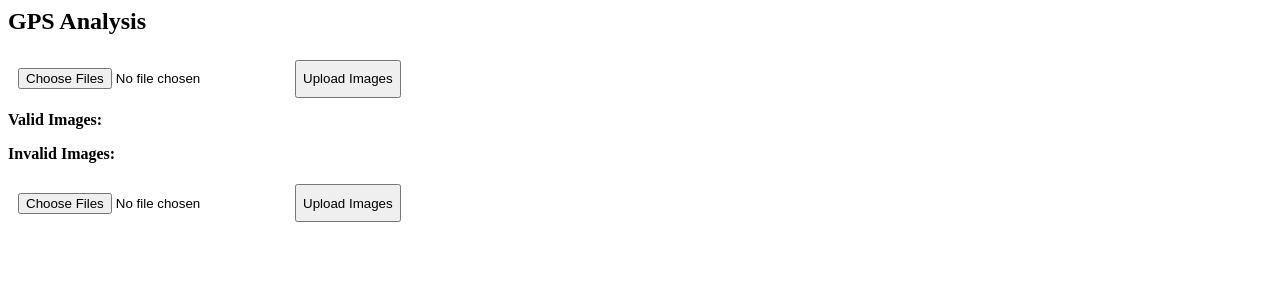
Repository: hanjangchen/Raspberry
Page: prjGAEGPSAnalysis/prjGPSAnalysis/src/static/my_ng_templates/desktop/index_data_analysis.html
The author's editor kept a copy of each file at every save. The page is drawn from the files as they stood at one save, then again after the next save.
The browser window is 1280 px wide. The pictures show the whole page.

Above is the page before, as saved 2014-11-03 04:47:01.
Console error: ReferenceError: $ is not defined

### prjGAEGPSAnalysis/prjGPSAnalysis/src/static/my_ng_templates/desktop/index_data_analysis.html
<!-- sub-template for index page -->
<div>
	<h2>GPS Analysis</h2>
</div>

<!-- content block -->
<style>
<!--
.btn-default{
	height: 38px !important;
	margin: 5px 10px;
}
-->
</style>
<div class="container-fluid" ng-controller="myIndexTwoCtrl as ctrl">
	<div class="row">
		<!-- left buffer -->
		<div class="col-xs-1 col-sm-1 col-md-1 col-lg-1 "></div>
		<div class="col-xs-10 col-sm-10 col-md-10 col-lg-10 text-center">
			<!-- upload images -->
			<div
				class="col-xs-12 col-sm-12 col-md-12 col-lg-12 text-center">
				<div class="btn-group">
					<input type="file" id="images_for_upload" multiple="true"
						accept="image/*" required="required" class=" btn btn-default ">
					<input type="button" value="Upload Images" id="btn_upload"
						ng-click="ctrl.upload_img_to_blobstore()"
						class=" btn btn-default ">
				</div>
			</div>

			<!-- uploading files list -->
			<div class="col-xs-12 col-sm-12 col-md-12 col-lg-12">
				<div
					class="list-control col-xs-6 col-sm-6 col-md-6 col-lg-6 text-center">
					<strong>Valid Images:</strong>
					<ul id="valid_files_list">
					</ul>
				</div>
				<div
					class="list-control col-xs-6 col-sm-6 col-md-6 col-lg-6 text-center">
					<strong>Invalid Images:</strong>
					<ul id="invalid_files_list">
					</ul>
				</div>
			</div>

			<!-- upload -->
			<div
				class="col-xs-12 col-sm-12 col-md-12 col-lg-12 form-group text-center">
				<input type="file" id="images_for_upload" name="images_for_upload"
					multiple="true" value="Add Images" accept="image/*"
					required="required"
					class="col-xs-12 col-sm-12 col-md-12 col-lg-12 btn btn-default">

				<input type="button" id="btn_upload" value="Upload Images"
					class="col-xs-12 col-sm-12 col-md-12 col-lg-12 btn btn-default">
			</div>

			<!--  -->
			<div class="col-xs-12 col-sm-12 col-md-12 col-lg-12 ">
				<table id="photo_table">
				</table>
			</div>
		</div>

		<!-- right buffer -->
		<div class="col-xs-1 col-sm-1 col-md-1 col-lg-1"></div>
	</div>
</div>

<!-- js libs -->
<script type="text/javascript" src="/js/plugin_mis/numeric-1.2.6.min.js"></script>
<script type="text/javascript"
	src="/js/plugin_mis/particle_swarm_optimization.js"></script>
<script type="text/javascript" src="/js/index_data_analysis.js"></script>

### prjGAEGPSAnalysis/prjGPSAnalysis/src/static/javascripts/plugin_mis/particle_swarm_optimization.js
/*
 *  Particles Swarm Optimization
 *  This is a standard PSO to find out optimal solution through out the stochastic spaces
 *  PS: Current test function is (0.007 * x_1 * (-x_2 -1)) * ( cos(x_1 + 0.3) - sin(x_2))+(1 - sin(x_1)) and the optimal value is around -1.798
 * */

var particles_swarm_optimization = {

		// configuration
		config : {
			parameters_range : [[-15, -15],[15, 15]], // ranges of particles;
														// row 1 represent low
														// boundary and row 2
														// represent up boundary
			particles_size : 60, // size of particles swarm
			iteration : 50, // iteration number
			max_min_factor : -1, // 1 means to find max; -1 means to find min
			Emax : Number.MAX_VALUE, // maximum value
			Emin : -Number.MAX_VALUE, // minimum value
			Type : 0, // 0 for real number; 1 for integer

			c1 : 2.05, // cognitive parameter (original value; would be
						// replaced by linear change)
			c2 : 4.1 - 2.05, // c2 = 4.1 - c1 // social parameter (original
								// value; would be replaced by linear change)
			constriction_factor : 0.729, // constrain factor

			diff_of_ranges : [], // ranges of each parameter (from low
									// boundary to up boundary)
			up_boundaries : [], //
			low_boundaries : [], // low boundary

			particles_values : [], // values set of particles
			particles_initial_values : [], // initial values set of particles

			particles_velocity : [], // velocity set of particles
			particles_initial_velocity : [], // can be zero or certain
												// reasonable values based on
												// each particle range

			performance_index_set : [], // performance index set
			performance_initial_index_set : [], // initial performance index set

			learning_rate : 0, // learning rate
			learning_rate_self_param_min : 0.4, // minimum learning rate of
												// particle itself
			learning_rate_self_param_max : 0.9, // maximum learning rate of
												// particle itself
			learning_rate_cognitive_min : 1.9, // minimum learning rate of
												// cognitive parameter
			learning_rate_cognitive_max : 2.1, // maximum learning rate of
												// cognitive parameter
			learning_rate_cognitive : 0,
			learning_rate_social : 0,
			learning_rate_self : 0,

			min_cost : 0, // minimum cost
			min_cost_set : [],
			mean_cost : 0, // mean value
			mean_cost_set : [],
			RMS_cost : 0, // root-mean-square cost
			RMS_cost_set : [],

			local_optimal : 0, // local optimal
			index_local_optimal : 0, // index of global optimal in particles
										// set
			global_optimal : 0, // global optimal
			index_global_optimal : 0, // index of global optimal
			local_optimal_value_set : [],
			local_optimal_particles_set : [],
			global_optimal_value_set : [],
			global_optimal_particles_set : [],

		},

		// initialization function
		init_pso : function(){
			/* new */
			this.config.low_boundaries = this.config.parameters_range[0];
			this.config.up_boundaries = this.config.parameters_range[1];
			this.config.diff_of_ranges = numeric.sub(this.config.up_boundaries, this.config.low_boundaries);

			// init particles' values
			this.config.particles_values = numeric.random([this.config.particles_size, this.config.parameters_range[0].length]);
			this.config.particles_values = numeric.dotMMbig(this.config.particles_values, [[this.config.diff_of_ranges[0], 0], [0, this.config.diff_of_ranges[1]]]);
			var temp_low_boundaries_matrix = numeric.rep([this.config.particles_size], this.config.low_boundaries);
			this.config.particles_values = numeric.add(this.config.particles_values, temp_low_boundaries_matrix);

			// init particles velocity
			this.config.particles_velocity = numeric.rep([this.config.particles_size], [0, 0]);

			// evaluate init particles set
			for(var ith = 0; ith < this.config.particles_size; ith++){
				temp_particle_values = this.config.particles_values[ith];

				var performance_index = (0.007 * temp_particle_values[0] * (-temp_particle_values[1]-1)) * (Math.cos(temp_particle_values[0]+0.3) - Math.sin(temp_particle_values[1]))+(1-Math.sin(temp_particle_values[0]));
				if (performance_index > this.config.Emax){
					performance_index = this.config.Emax;
				}
				if (performance_index < this.config.Emin){
					performance_index = this.config.Emin;
				}
				this.config.performance_initial_index_set.push(performance_index);
			}

			// update optimal
			var temp_cost = numeric.mul(- this.config.max_min_factor, this.config.performance_initial_index_set);
			this.config.min_cost = Math.min.apply(Math, temp_cost);
			this.config.min_cost_set = numeric.rep([this.config.particles_size], this.config.min_cost);
			this.config.global_optimal = this.config.min_cost;
			var temp_min_index = temp_cost.indexOf(this.config.min_cost);
			var temp_optimal_particle = this.config.particles_values[temp_min_index];

			this.config.local_optimal_particles_set = numeric.rep([this.config.particles_size], temp_optimal_particle);
			this.config.global_optimal_particles_set = this.config.local_optimal_particles_set;
			this.config.local_optimal_value_set = numeric.rep([this.config.particles_size], this.config.min_cost);

			this.config.mean_cost = numeric.sum(temp_cost) / this.config.particles_size;

		},

		// go through iteration
		go_iteration : function(){
			for(var ith = 0; ith < this.config.iteration; ith++ ){
				this.config.learning_rate_self = this.config.learning_rate_self_param_max - (this.config.learning_rate_self_param_max - this.config.learning_rate_self_param_min) * (ith + 1) / this.config.iteration;

				this.config.learning_rate_cognitive = this.config.learning_rate_cognitive_max - (this.config.learning_rate_cognitive_max - this.config.learning_rate_cognitive_min) * (ith + 1) / this.config.iteration; //
				this.config.learning_rate_social = 4.1 - this.config.learning_rate_cognitive;

				var random_factor_cognitive = numeric.random([this.config.particles_size, this.config.parameters_range[0].length]);
				var random_factor_social = numeric.random([this.config.particles_size, this.config.parameters_range[0].length]);

				var temp_updated_velocity = [];
				var updated_self_learning_rate = numeric.mul(this.config.learning_rate_self, this.config.particles_velocity);

				var updated_cognitive_learning_rate = numeric.sub(this.config.local_optimal_particles_set, this.config.particles_values );
				updated_cognitive_learning_rate = numeric.mul(this.config.learning_rate_cognitive, random_factor_cognitive, updated_cognitive_learning_rate);

				var updated_social_learning_rate = numeric.sub(this.config.global_optimal_particles_set, this.config.particles_values);
				updated_social_learning_rate = numeric.mul(this.config.learning_rate_social, random_factor_social, updated_social_learning_rate);

				temp_updated_velocity = numeric.add(updated_self_learning_rate, updated_cognitive_learning_rate, updated_social_learning_rate);

				// update velocity
				this.config.particles_velocity = numeric.mul(this.config.constriction_factor, temp_updated_velocity);


				// update particles' values
				this.config.particles_values = numeric.add(this.config.particles_values, this.config.particles_velocity);


				// find out values outside boundaries
				var low_boundaries_set = numeric.rep([this.config.particles_size], this.config.low_boundaries);
				var up_boundaries_set = numeric.rep([this.config.particles_size], this.config.up_boundaries);

				var outside_min_boundary = numeric.leq(this.config.particles_values, low_boundaries_set);
				var not_outside_min_boundary = numeric.not(outside_min_boundary);
				var min_replaced_values = numeric.mul(outside_min_boundary, low_boundaries_set);
				var min_original_values = numeric.mul(not_outside_min_boundary, this.config.particles_values);

				this.config.particles_values = numeric.add(min_replaced_values, min_original_values);

				var outside_max_boundary = numeric.geq(this.config.particles_values, up_boundaries_set);
				var not_outside_max_boundary = numeric.not(outside_max_boundary);
				var max_replaced_values = numeric.mul(outside_max_boundary, up_boundaries_set);
				var max_original_values = numeric.mul(not_outside_max_boundary, this.config.particles_values);

				this.config.particles_values = numeric.add(max_replaced_values, max_original_values);

				// evaluate performance
				var temp_particle_values = 0;
				this.config.performance_index_set = [];
				for(var jth = 0; jth < this.config.particles_size; jth++){
					temp_particle_values = this.config.particles_values[jth];

					var performance_index = (0.007 * temp_particle_values[0] * (-temp_particle_values[1] - 1)) * (Math.cos(temp_particle_values[0] + 0.3) - Math.sin(temp_particle_values[1])) + (1 - Math.sin(temp_particle_values[0]));
					if (performance_index > this.config.Emax){
						performance_index = this.config.Emax;
					}
					if (performance_index < this.config.Emin){
						performance_index = this.config.Emin;
					}
					this.config.performance_index_set.push(performance_index);
				}

				//
				var temp_cost_set = numeric.mul(- this.config.max_min_factor, this.config.performance_index_set);


				var temp_better_cost_set = numeric.lt(temp_cost_set, this.config.local_optimal_value_set);
				var not_temp_better_cost_set = numeric.not(temp_better_cost_set);
				var replaced_cost_set = numeric.mul(temp_better_cost_set, temp_cost_set);
				var original_cost_set = numeric.mul(not_temp_better_cost_set, this.config.local_optimal_value_set);
				this.config.local_optimal_value_set = numeric.add(replaced_cost_set, original_cost_set);

				var better_cost_set = numeric.transpose([temp_better_cost_set, temp_better_cost_set]);
				better_cost_set = numeric.mul(better_cost_set, this.config.particles_values);
				var not_better_cost_set = numeric.transpose([not_temp_better_cost_set, not_temp_better_cost_set]);
				not_better_cost_set = numeric.mul(not_better_cost_set, this.config.local_optimal_particles_set);
				this.config.local_optimal_particles_set = numeric.add(better_cost_set, not_better_cost_set);


				var temp_optimal = Math.min.apply(Math, this.config.local_optimal_value_set);
				var temp_optimal_index = this.config.local_optimal_value_set.indexOf(temp_optimal);
				var pre_global_optimal = this.config.global_optimal;
				if (temp_optimal < this.config.global_optimal){
					this.config.global_optimal = temp_optimal;
					this.config.global_optimal_particles_set = numeric.rep([this.config.particles_size], this.config.particles_values[temp_optimal_index]);

					if (Math.abs(temp_optimal - pre_global_optimal) < numeric.epsilon){
						break;
					}
				}
			}
		},

		// start optimization
		start_optimization : function(){
			this.init_pso();
			this.go_iteration();
			console.log(JSON.stringify(this.config.global_optimal,2,2));
		}
}

// test
particles_swarm_optimization.start_optimization();

### prjGAEGPSAnalysis/prjGPSAnalysis/src/static/javascripts/index_data_analysis.js
(function() {
	/* JQuery */
	var ary_img_description = {};
	var has_images_to_upload = false;

	var input = document.getElementById("images_for_upload");
	var valid_files_ul = $("#valid_files_list");
	var invalid_files_ul = $("#invalid_files_list");

	$('#images_for_upload')
			.change(
					function() {
						//
						var toolarge = "";
						var maxsize = 1024000;

						//
						if (valid_files_ul.children().length > 0) {
							valid_files_ul.empty();
						}
						if (invalid_files_ul.children().length > 0) {
							invalid_files_ul.empty();
						}

						//
						for ( var i = 0; i < input.files.length; i++) {
							if (input.files[i].size > maxsize) {
								toolarge += input.files[i].name + "\n";
								invalid_files_ul.append("<li class='list-group-item'>" + input.files[i].name + "</li>");

							} else {
								valid_files_ul.append("<li class='list-group-item'>" + input.files[i].name + "</li>");
								ary_img_description[i] = {"label" : "", "content" : "" };

								// update the flag
								has_images_to_upload = true;
							}
						}

						//
						if (valid_files_ul.children().length <= 0) {
							valid_files_ul.append("<li class='list-group-item'>No Files Selected</li>");
						}
						if (invalid_files_ul.children().length <= 0) {
							invalid_files_ul.append("<li class='list-group-item'>No Invalid Files</li>");
						}

						//
						if (toolarge !== "") {
							alert("These images were not uploaded due to size limit of 1MB\n"
									+ toolarge);
						}
					});

	$('#btn_upload').click(function() {
		var input = document.getElementById("images_for_upload");
		var maxsize = 1024000;
		var requests = [];
		var upload_block = $('#processing_cover');

		if (input.files.length <= 0 && has_images_to_upload) {
			alert('No data for upload');
		} else {
			// popup cover
			upload_block.css({
				'display' : 'block'
			});
			for ( var i = 0; i < input.files.length; i++) {
				if (input.files[i].size < maxsize) {
					var filedata = new FormData();
					filedata.append("image_for_upload", input.files[i]);

					//
					requests.push($.ajax({
									url : upload_url,
									data : filedata,
									cache : false,
									contentType : false,
									processData : false,
									type : 'POST',
									success : handle_successful_ajax,
									error : handle_failed_ajax
					}));

					// handle requests response
					$.when.apply(undefined, requests).done(function(results){
							console.log(JSON.stringify(results,2,2));
							// popup cover
							upload_block.css({
								'display' : 'none'
							});

							// update the flag
							has_images_to_upload = false;

							// update list
							valid_files_ul.empty();
							invalid_files_ul.empty();
						});
				}
			}
		}
	});

	function handle_successful_ajax(response){
		var data = JSON.parse(response);
		imagelinks = data['img_urls'];
		img_title = data['img_title'];
		img_description = data['img_description'];
		console.log(imagelinks);
		for ( var i = 0; i < imagelinks.length; i++) {
			$('#photo_table')
					.append(
							'<tr><td><img class="img-responsive" style="width: 400px;" src=' + imagelinks[i] + '> </td>' + '<td><h4>Image Title</h4><p style="font-size: 13px;">'+ img_title +'</p>' + '<h4>Image Description</h4><p style="font-size: 13px;">' + img_description + '</p>' +  '</td></tr>');
		}
	}

	function handle_failed_ajax(response){
		console.log(JSON.stringify(response,2,2));
	}
})();

Loaded but not shown: prjGAEGPSAnalysis/prjGPSAnalysis/src/static/javascripts/plugin_mis/numeric-1.2.6.min.js (library)

After the next save:
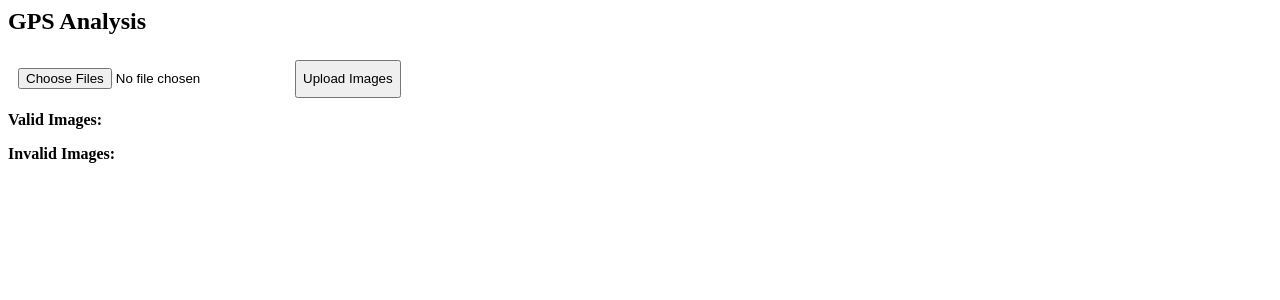
Saved 19 s later.
--- a/prjGAEGPSAnalysis/prjGPSAnalysis/src/static/my_ng_templates/desktop/index_data_analysis.html
+++ b/prjGAEGPSAnalysis/prjGPSAnalysis/src/static/my_ng_templates/desktop/index_data_analysis.html
@@ -45,19 +45,7 @@
 				</div>
 			</div>
 
-			<!-- upload -->
-			<div
-				class="col-xs-12 col-sm-12 col-md-12 col-lg-12 form-group text-center">
-				<input type="file" id="images_for_upload" name="images_for_upload"
-					multiple="true" value="Add Images" accept="image/*"
-					required="required"
-					class="col-xs-12 col-sm-12 col-md-12 col-lg-12 btn btn-default">
-
-				<input type="button" id="btn_upload" value="Upload Images"
-					class="col-xs-12 col-sm-12 col-md-12 col-lg-12 btn btn-default">
-			</div>
-
-			<!--  -->
+			<!-- response -->
 			<div class="col-xs-12 col-sm-12 col-md-12 col-lg-12 ">
 				<table id="photo_table">
 				</table>
